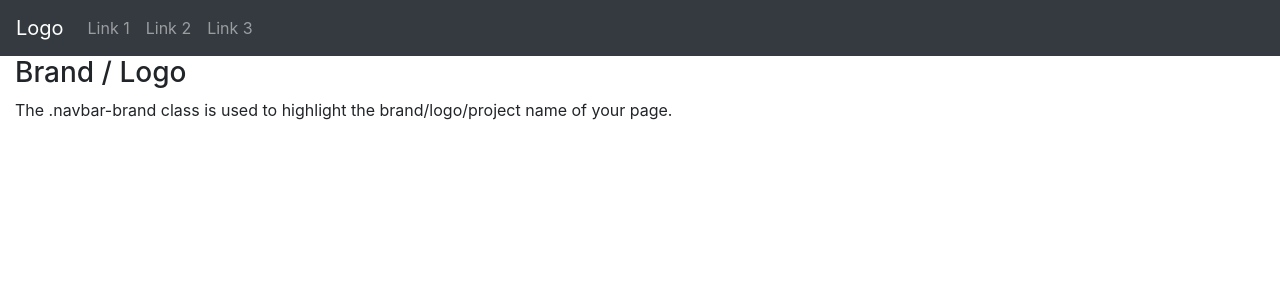
Repository: ah-ryeong/Spring_-
Page: http://localhost/main
These files come from the project's save history. The page is drawn as it stood at one moment and after the next save; the edit follows.
The browser window is 1280 px wide. The pictures show the whole page.
The page is this project's Thymeleaf template; nobody is signed in. The template is opened directly, without the code that normally fills it, so the values that code supplies are empty.

Above is the page before, as saved 2020-09-09 02:01:27.

### baseballproject/src/main/resources/templates/main.html
<!DOCTYPE html>
<html lang="en">
<head>
  <title>Baseball Project</title>
  <meta charset="utf-8">
  <meta name="viewport" content="width=device-width, initial-scale=1">
  <link rel="stylesheet" href="https://maxcdn.bootstrapcdn.com/bootstrap/4.5.2/css/bootstrap.min.css">
  <script src="https://ajax.googleapis.com/ajax/libs/jquery/3.5.1/jquery.min.js"></script>
  <script src="https://cdnjs.cloudflare.com/ajax/libs/popper.js/1.16.0/umd/popper.min.js"></script>
  <script src="https://maxcdn.bootstrapcdn.com/bootstrap/4.5.2/js/bootstrap.min.js"></script>
</head>
<body>

<nav class="navbar navbar-expand-sm bg-dark navbar-dark">
  <!-- Brand/logo -->
  <a class="navbar-brand" href="#">Logo</a>

  <!-- Links -->
  <ul class="navbar-nav">
    <li class="nav-item">
      <a class="nav-link" href="#">Link 1</a>
    </li>
    <li class="nav-item">
      <a class="nav-link" href="#">Link 2</a>
    </li>
    <li class="nav-item">
      <a class="nav-link" href="#">Link 3</a>
    </li>
  </ul>
</nav>

<div class="container-fluid">
  <h3>Brand / Logo</h3>
  <p>The .navbar-brand class is used to highlight the brand/logo/project name of your page.</p>
</div>

</body>
</html>

After the next save:
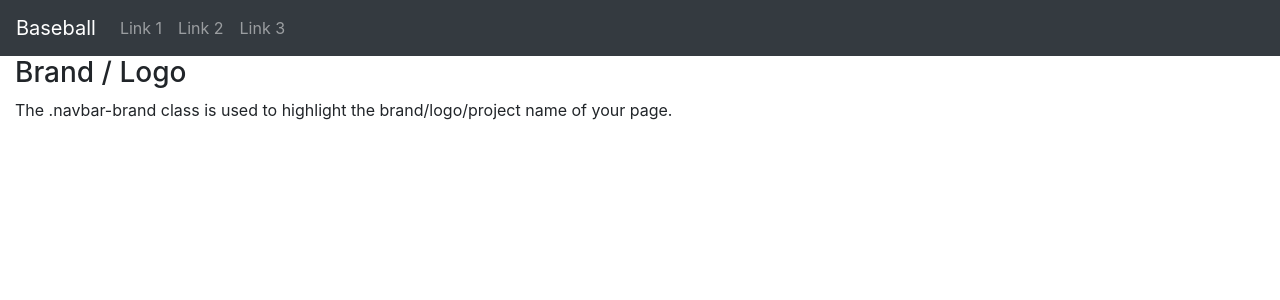
Saved 9 s later.
--- a/baseballproject/src/main/resources/templates/main.html
+++ b/baseballproject/src/main/resources/templates/main.html
@@ -13,7 +13,7 @@
 
 <nav class="navbar navbar-expand-sm bg-dark navbar-dark">
   <!-- Brand/logo -->
-  <a class="navbar-brand" href="#">Logo</a>
+  <a class="navbar-brand" href="#">Baseball</a>
 
   <!-- Links -->
   <ul class="navbar-nav">
